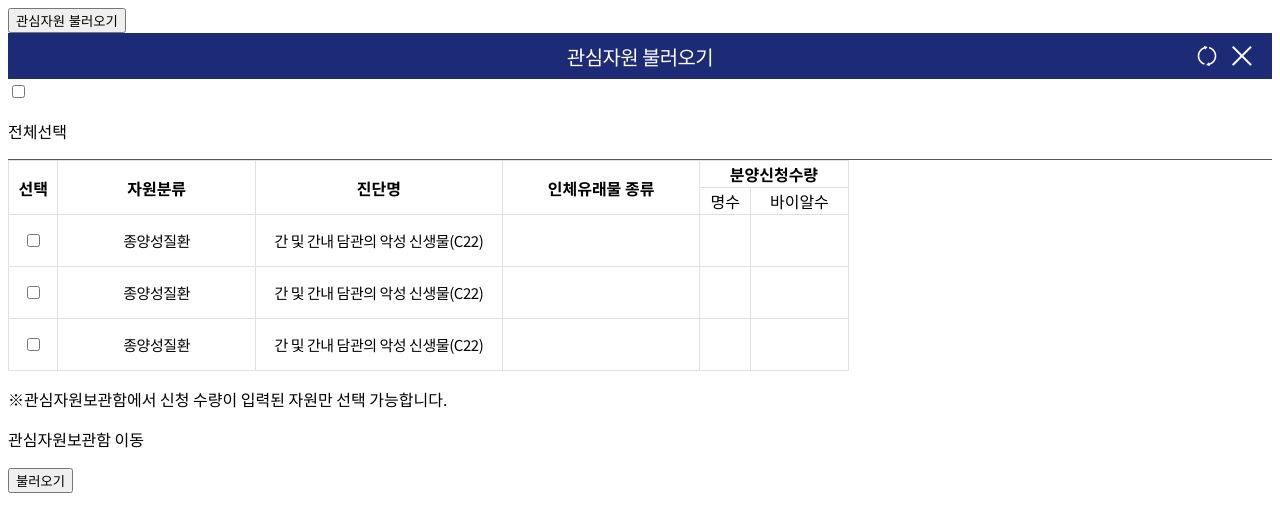
Repository: dlgywls1130/one_popup
Page: index.html
An editor plug-in stored every save of this project. The page is shown before and after the next save, followed by the edit.
The browser window is 1280 px wide. The pictures show the whole page.
Some web fonts or font styles are not loaded; a fallback is used.

Above is the page before, as saved 2023-10-25 00:19:53.

### index.html
<!DOCTYPE html>
<html lang="en">
<head>
    <meta charset="UTF-8">
    <meta name="viewport" content="width=device-width, initial-scale=1.0">
    <title>관심자원</title>

    <link rel="stylesheet" href="./style.css">

</head>
<body>
    <button type="button">관심자원 불러오기</button>

    <div class="modal_new">
        <div class="modal_head">
            <div class="modal_title">관심자원 불러오기</div>
            <div class="modal_right">
                <div class="refresh">
                    <img src="./img/reload.png">
                </div>
                <div class="close">
                    <img src="./img/close.png">
                </div>
            </div>
        </div>
        <div class="modal_body">
            <div class="all_check">
                <label>
                    <input type="checkbox">
                    <p>전체선택</p>
                </label>
            </div>

            <div class="body_all_list">
                <table class="list_table_wrap">
                    <tr class="table_head">
                        <th rowspan='2'>선택</th>
                        <th rowspan='2'>자원분류</th>
                        <th rowspan='2'>진단명</th>
                        <th rowspan='2'>인체유래물 종류</th>
                        <th colspan='2'>분양신청수량</th>
                    </tr>
                    <tr class="table_head">
                        <td class="column_sum">명수</td>
                        <td class="column_sum">바이알수</td>
                    </tr>
                    <tr class="table_body_content">
                        <td><input type="checkbox" name="choice"></td>
                        <td>종양성질환</td>
                        <td>간 및 간내 담관의 악성 신생물(C22)</td>
                        <td></td>
                        <td></td>
                        <td></td>
                    </tr>
                    <tr  class="table_body_content">
                        <td><input type="checkbox" name="choice"></td>
                        <td>종양성질환</td>
                        <td>간 및 간내 담관의 악성 신생물(C22)</td>
                        <td></td>
                        <td></td>
                        <td></td>
                    </tr>
                    <tr  class="table_body_content">
                        <td><input type="checkbox" name="choice"></td>
                        <td>종양성질환</td>
                        <td>간 및 간내 담관의 악성 신생물(C22)</td>
                        <td></td>
                        <td></td>
                        <td></td>
                    </tr>
                </table>
            </div>


            <p>※관심자원보관함에서 신청 수량이 입력된 자원만 선택 가능합니다.</p>
            <div class="bookmark_link">
                <div class="bookmark_img"></div>
                <p>관심자원보관함 이동</p>
            </div>

            <div class="button_import">
                <button type="button">불러오기</button>
            </div>
        </div>
    </div>
</body>
</html>

### style.css


@import url('https://fonts.googleapis.com/css2?family=Noto+Sans+KR:wght@300;400;500;600;700&display=swap');

@import url('https://cdn.jsdelivr.net/gh/orioncactus/pretendard/dist/web/static/pretendard.css');




  .modal_new{
    font-family: 'Noto Sans KR', sans-serif;
  }

.modal_head{
    width: 100%;
    height: 46px;
    display: flex;
    align-items: center;
    justify-content: center;
    background-color: #1D2A75;
    position: relative;
}

.modal_title{
    font-size: 20px;
    letter-spacing: -0.03em;
    color: #fff;
    font-weight: 500;
}

.modal_right{
    position: absolute;
    top: 50%;
    right: 20px;
    transform: translate(0,-50%);
    display: flex;
    align-items: center;
}

.modal_right .refresh{
    margin-right: 15px;
}
.modal_right .refresh,
.modal_right .close{
    width: 20px;
    height: 20px;
}

.modal_right .refresh img,
.modal_right .close img{
    width: 100%;
    height: 100%;
}

.body_all_list{
    border-top: 1px solid #565656;
}

.list_table_wrap,
.list_table_wrap th,
.list_table_wrap td{
    border: 1px solid #E0E0E0;
    border-collapse: collapse;
}

.list_table_wrap tr th:nth-child(1){
    width: 5%;
}

.list_table_wrap tr th:nth-child(2){
    width: 20%;
}

.list_table_wrap tr th:nth-child(3){
    width: 25%;
}

.list_table_wrap tr th:nth-child(4){
    width: 20%;
}

.list_table_wrap tr th:nth-child(5){
    width: 15%;
}

.list_table_wrap tr th:nth-child(6){
    width: 15%;
}

.list_table_wrap .table_head{
    font-weight: 500;
    font-size: 16px;
    font-family: Pretendard,'Noto Sans KR', sans-serif;
    text-align: center;
}


.table_body_content td{
    font-weight: 400;
    font-size: 15px;
    letter-spacing: -0.03em;
    text-align: center;
    padding:15px 0;
    box-sizing: border-box;
}

.column_sum{

}

After the next save:
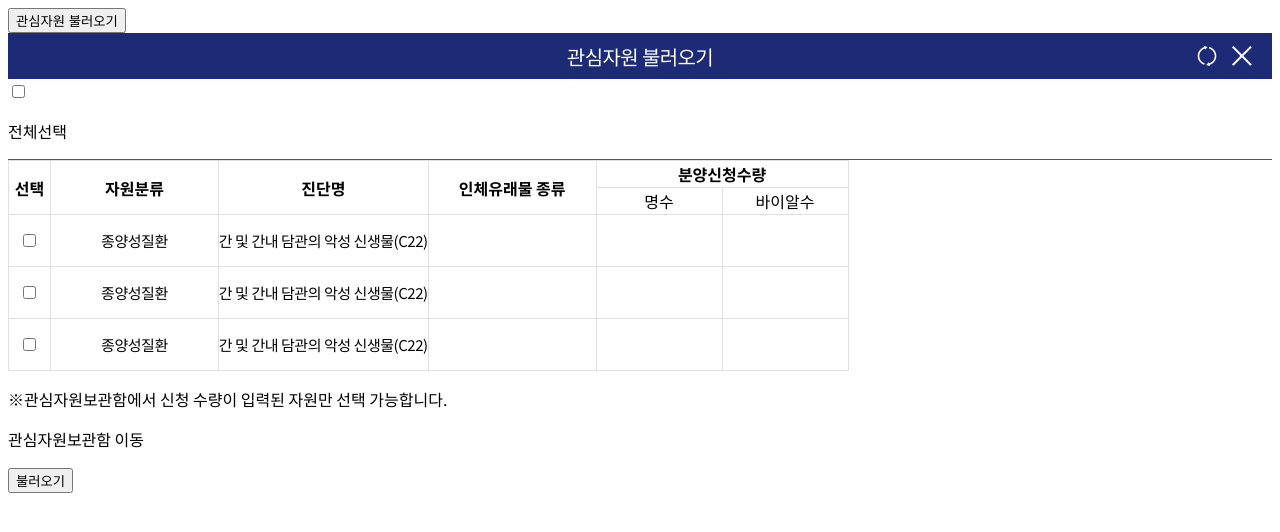
Saved 74 s later.
--- a/style.css
+++ b/style.css
@@ -63,27 +63,33 @@
     border-collapse: collapse;
 }
 
-.list_table_wrap tr th:nth-child(1){
+.list_table_wrap tr th:nth-child(1),
+.list_table_wrap tr td:nth-child(1){
     width: 5%;
 }
 
-.list_table_wrap tr th:nth-child(2){
+.list_table_wrap tr th:nth-child(2),
+.list_table_wrap tr td:nth-child(2){
     width: 20%;
 }
 
-.list_table_wrap tr th:nth-child(3){
+.list_table_wrap tr th:nth-child(3),
+.list_table_wrap tr td:nth-child(3){
     width: 25%;
 }
 
-.list_table_wrap tr th:nth-child(4){
+.list_table_wrap tr th:nth-child(4),
+.list_table_wrap tr td:nth-child(4){
     width: 20%;
 }
 
-.list_table_wrap tr th:nth-child(5){
+.list_table_wrap tr th:nth-child(5),
+.list_table_wrap tr td:nth-child(5){
     width: 15%;
 }
 
-.list_table_wrap tr th:nth-child(6){
+.list_table_wrap tr th:nth-child(6),
+.list_table_wrap tr td:nth-child(6){
     width: 15%;
 }
 
